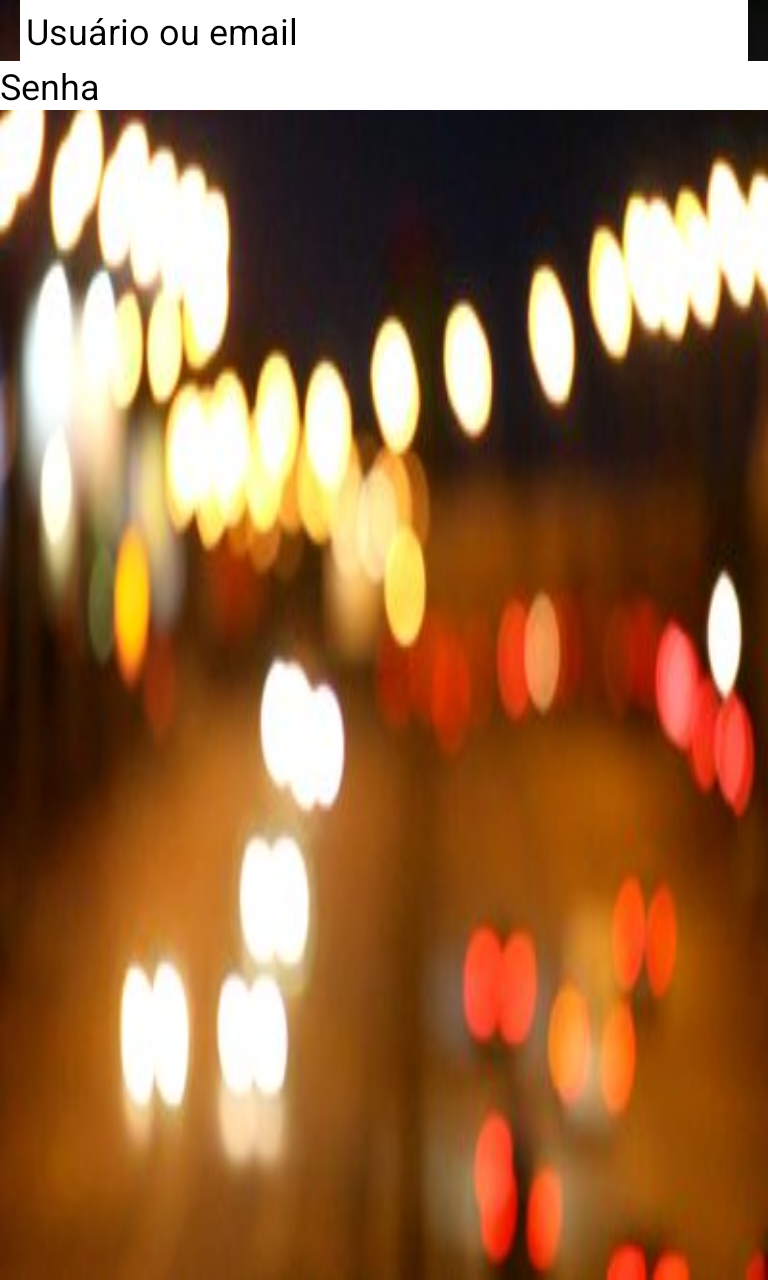
Repository: wellingtondessuy/AppLearning
Layout: HappyApp/res/layout/activity_login.xml
An editor plug-in stored every save of this project. The layout is shown before and after the next save, followed by the edit.
It is drawn on a 768 x 1280 px phone screen (xhdpi) without system bars, with theme AppTheme; the app's code is not run. The app's manifest (not shown) leaves right-to-left support off. So textAlignment, textDirection and layoutDirection are ignored, and left and right values win over start and end ones.

Above is the layout before, as saved 2015-05-22 19:13:09.

### HappyApp/res/layout/activity_login.xml
<LinearLayout xmlns:android="http://schemas.android.com/apk/res/android"
    xmlns:tools="http://schemas.android.com/tools"
    android:orientation="vertical"
    android:layout_width="match_parent"
    android:layout_height="match_parent"
    android:background="@drawable/back_wf"
    tools:context="com.example.happyapp.LoginActivity" >

    <EditText
        android:id="@+id/login_user"
        android:hint="@string/username_or_email"
        android:textColorHint="#000000"
        android:layout_width="match_parent"
        android:layout_height="wrap_content"
        android:background="#FFFFFF"
        android:layout_marginLeft="10dp"
        android:layout_marginStart="10dp"
        android:layout_marginRight="10dp"
        android:padding="3dp"
        />

    <EditText
        android:id="@+id/login_password"
        android:hint="@string/password"
        android:textColorHint="#000000"
        android:inputType="textPassword"
        android:layout_width="match_parent"
        android:layout_height="wrap_content"
        android:background="#FFFFFF"
        />

</LinearLayout>

### HappyApp/res/values/strings.xml
<?xml version="1.0" encoding="utf-8"?>
<resources>

    <string name="app_name">HappyApp</string>
    <string name="title_section1">Section 1</string>
    <string name="title_section2">Section 2</string>
    <string name="title_section3">Section 3</string>
    <string name="hello_world">Hello world!</string>
    <string name="action_settings">Settings</string>
    <string name="signup">Quero ser sócio!</string>
    <string name="login">Já sou sócio</string>
    <string name="presentation1">Associe-se e tenha muitas vantagens na hora de torcer</string>
    <string name="presentation2">Vantagem 1</string>
    <string name="presentation3">Vantagem 2</string>
    <string name="presentation4">Vantagem 3</string>
    <string name="presentation5">Vantagem 4</string>
    <string name="logo_description">Logo do Time</string>
    <string name="title_activity_login">LoginActivity</string>
    <string name="title_activity_register">RegisterActivity</string>
    <string name="username_or_email">Usuário ou email</string>
    <string name="password">Senha</string>

</resources>

Loaded but not shown: HappyApp/res/values/styles.xml (common file); HappyApp/res/values-v11/styles.xml (common file); HappyApp/res/values-v14/styles.xml (common file)

After the next save:
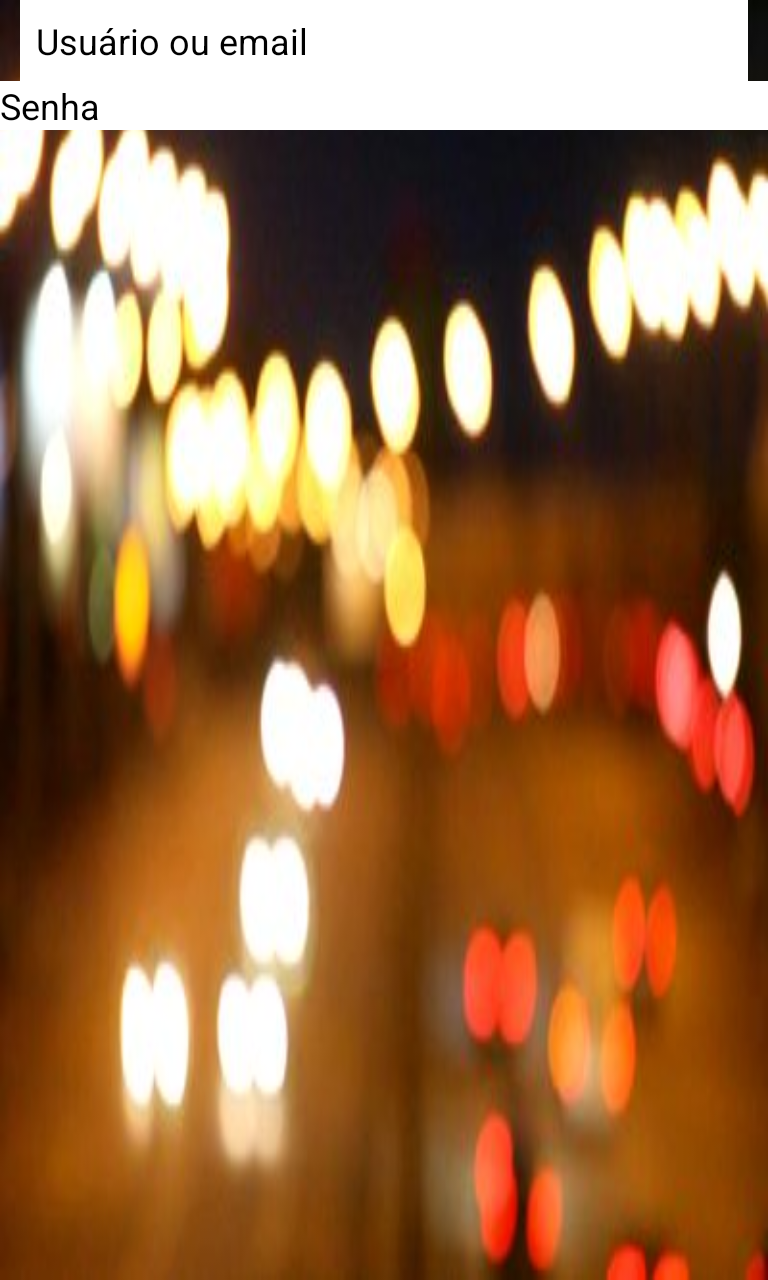
Saved 18 s later.
--- a/HappyApp/res/layout/activity_login.xml
+++ b/HappyApp/res/layout/activity_login.xml
@@ -16,7 +16,7 @@
         android:layout_marginLeft="10dp"
         android:layout_marginStart="10dp"
         android:layout_marginRight="10dp"
-        android:padding="3dp"
+        android:padding="8dp"
         />
 
     <EditText
